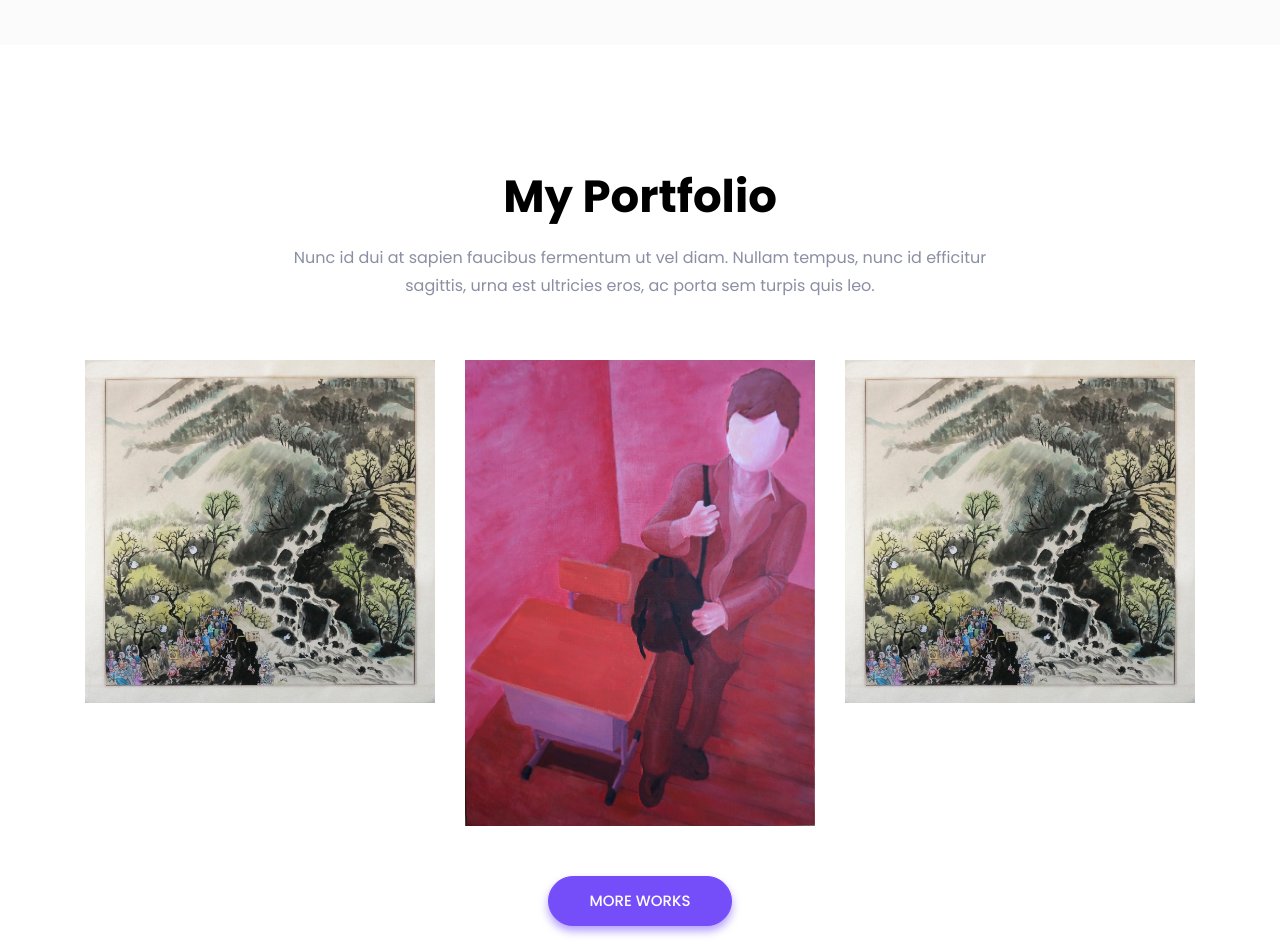
Repository: kevinhangoat/Personal_Website
Page: index.html
An editor plug-in stored every save of this project. The page is shown before and after the next save, followed by the edit.
The browser window is 1280 px wide. The pictures show the part of the page from y = 2283 to 3235 px (the page is 3407 px tall before and 3379 px after).
A picture or video elsewhere on the page could not be fetched, so the positions and the page height are approximate.

Above is the page before, as saved 2022-07-14 02:35:15.

After the next save:
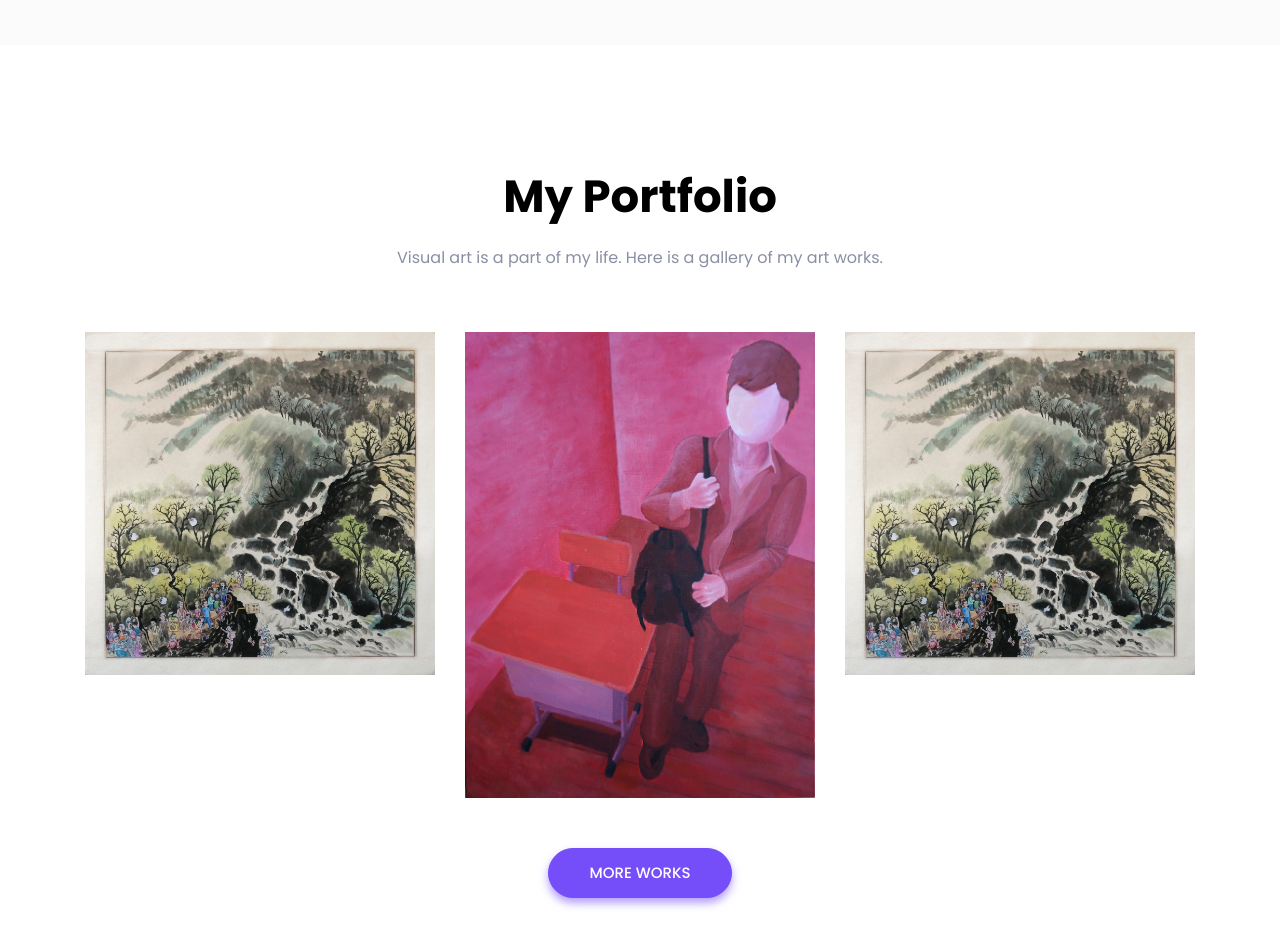
Saved 104 s later.
--- a/index.html
+++ b/index.html
@@ -376,7 +376,7 @@
                 <div class="col-lg-8">
                     <div class="section-title text-center pb-30">
                         <h2 class="title">My Portfolio</h2>
-                        <p>Nunc id dui at sapien faucibus fermentum ut vel diam. Nullam tempus, nunc id efficitur sagittis, urna est ultricies eros, ac porta sem turpis quis leo.</p>
+                        <p>Visual art is a part of my life. Here is a gallery of my art works.</p>
                     </div> <!-- section title -->
                 </div>
             </div> <!-- row -->
